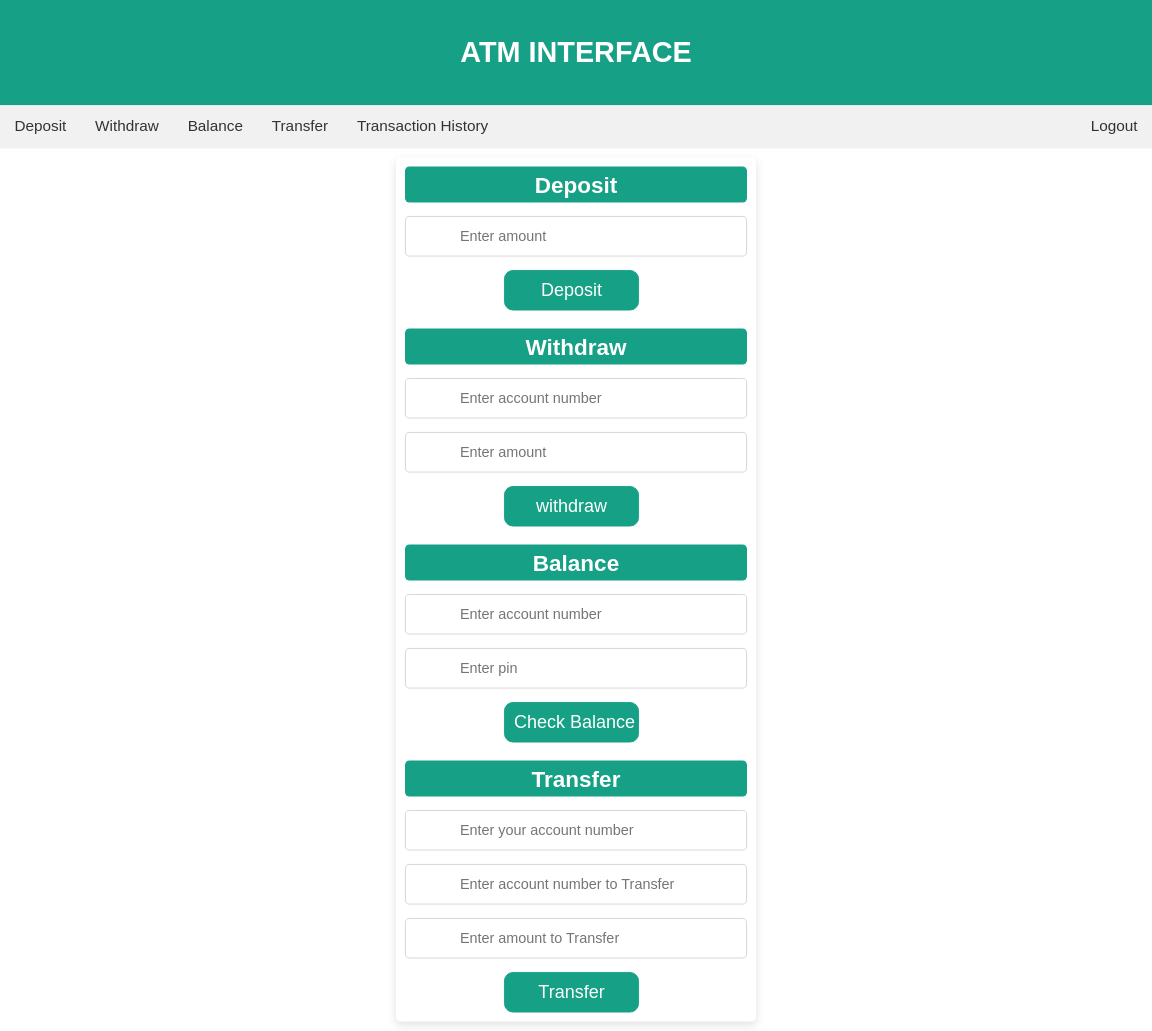
Repository: MounishaMounika/OIBSIP_Java_Programming
Page: http://localhost/ATM_Interface/homepage.jsp
These files come from the project's save history. The page is drawn as it stood at one moment and after the next save; the edit follows.
The browser window is 1280 px wide. The pictures show the whole page, at 90% of full size.
The page is served by Tomcat 9. Other server files are loaded and not shown.

Above is the page before, as saved 2023-06-06 09:45:06.

### Task3_ATM_Interface/ATM_Interface/src/main/webapp/homepage.jsp
<%@ page language="java" contentType="text/html; charset=ISO-8859-1"
    pageEncoding="ISO-8859-1"%>
<!DOCTYPE html>
<html lang="en">
  <head>
    <meta charset="UTF-8" />
    <meta name="viewport" content="width=device-width, initial-scale=1.0" />
    <title>ATM INTERFACE</title>
    <link rel="stylesheet" type="text/css" href="homepage.css"/>
  </head>
  <body>
    <header>
      <h1>ATM INTERFACE</h1>
    </header>
    <nav>
      <a href="#deposit">Deposit</a>
      <a href="#withdraw">Withdraw</a>
      <a href="#balance">Balance</a>
      <a href="#transfer">Transfer</a>
      <a href="transactionHistory.jsp">Transaction History</a>
      <form id="logoutForm" action="Logout" method="post">
      <a href="index.jsp" class="logout">Logout</a>
      </form>
    </nav>
    <div>
     <% if (request.getAttribute("DepositMessage") != null) { %>
  <p style="color:black"><%= request.getAttribute("DepositMessage") %></p>
<% } %>

 <% if (request.getAttribute("WithdrawMessage") != null) { %>
  <p style="color:black"><%= request.getAttribute("WithdrawMessage") %></p>
<% } %>

     <% if (request.getAttribute("BalanceMessage") != null) { %>
  <p style="color:black"><%= request.getAttribute("BalanceMessage") %></p>
<% } %>

  <% if (request.getAttribute("TransferMessage") != null) { %>
  <p style="color:black"><%= request.getAttribute("TransferMessage") %></p>
<% } %>
    </div>
    <div class="container">
    <div class="wrapper">
    <div class="sections">

    <section id="deposit">
      <h2>Deposit</h2>
      <form action="Deposit" method="post">
      <!-- <div class="inputs">
      <input type="text" name="accountNumber" placeholder="Enter account number" required>
      </div>  -->

      <div class="inputs">
      <input type="text" name="depositAmount" placeholder="Enter amount" required>
       </div>
      <input type="submit" value="Deposit" class="submitButton" >
      </form>
    </section>
    </div>
    <div class="sections">

    <section id="withdraw">
      <h2>Withdraw</h2>
      <form action="Withdraw" method="post">
      <div class="inputs">
      <input type="text" name="accountNumber" placeholder="Enter account number" required>
      </div>
       <div class="inputs">
      <input type="text" name="withdrawAmount" placeholder="Enter amount" required>
      </div>
      <input type="submit" value="withdraw" class="submitButton" >
      </form>
    </section>
     </div>
   <div class="sections">
    <section id="balance">
      <h2>Balance</h2>
      <form action="Balance" method="post">
      <div class="inputs">
      <input type="text" name="accountNumber" placeholder="Enter account number" required>
      </div>
       <div class="inputs">
      <input type="password" name="balancepin" placeholder="Enter pin" required>
      </div>
      <input type="submit" value="Check Balance" class="submitButton" >
      </form>
    </section>
     </div>
    <div class="sections">
    <section id="transfer">
      <h2>Transfer</h2>
       <form action="Transfer" method="post">
       <div class="inputs">
      <input type="text" name="accountNumber" placeholder="Enter your account number" required>
      </div>
      <div class="inputs">
      <input type="text" name="transferAccount" placeholder="Enter account number to Transfer" required>
      </div>
       <div class="inputs">
      <input type="text" name="transferAmount" placeholder="Enter amount to Transfer" required>
      </div>
      <input type="submit" value="Transfer" class="submitButton" >
      </form>
    </section>
     </div>
     </div>
     </div>
  </body>
</html>

### Task3_ATM_Interface/ATM_Interface/src/main/webapp/homepage.css
@charset "ISO-8859-1";

 *{
  margin: 0;
  box-sizing: border-box;
  font-family: 'Poppins',sans-serif;
}

header {
        background-color: #16a085;
        color: #fff;
        padding: 40px;
        text-align: center;
}
nav {
        background-color: #f1f1f1;
        overflow: hidden;
}
nav a {
        float: left;
        display: block;
        color: #333;
        text-align: center;
        padding: 14px 16px;
        text-decoration: none;
        font-size: 17px;
}
nav a:hover {
        background-color: #16a085;
        color: #fff;
}
 .logout {
        float: right;
}
.container{
  max-width: 440px;
  padding: 0 20px;
  margin: 10px auto;
}
.wrapper{
  width: 100%;
  background: #fff;
  border-radius: 5px;
  box-shadow: 0px 4px 10px 1px rgba(0,0,0,0.1);
}
.sections{
	padding: 10px;
}

.sections h2{
	margin-bottom: 15px;
	height: 40px;
    background: #16a085;
    border-radius: 5px 5px 5px 5px;
    color: #fff;
    font-size: 25px;
    font-weight: 600;
    display: flex;
    align-items: center;
    justify-content: center;
}
.submitButton{
  color: #fff;
    font-size: 20px;
    font-weight: 500;
    padding: 10px;
    background: #16a085;
    border: 1px solid #16a085;
    cursor: pointer;
    border-radius: 10px;
    width: 150px;
    margin-left: 110px;
}
.inputs{
  height: 45px;
  margin-bottom: 15px;
  position: relative;
}
.inputs input
{
  height: 100%;
  width: 100%;
  outline: none;
  padding-left: 60px;
  border-radius: 5px;
  border: 1px solid lightgrey;
  font-size: 16px;
  transition: all 0.3s ease;
}

.inputs input:focus{
  border-color: #16a085;
  box-shadow: inset 0px 0px 2px 2px rgba(26,188,156,0.25);
}


.historyTable {
    border-collapse: collapse;
    margin: 0 auto;
}

.historyTable th,
.historyTable td {
    padding: 8px;
    text-align: left;
    border-bottom: 1px solid #ddd;
}

.historyTable th {
    background-color: #f2f2f2;
}

After the next save:
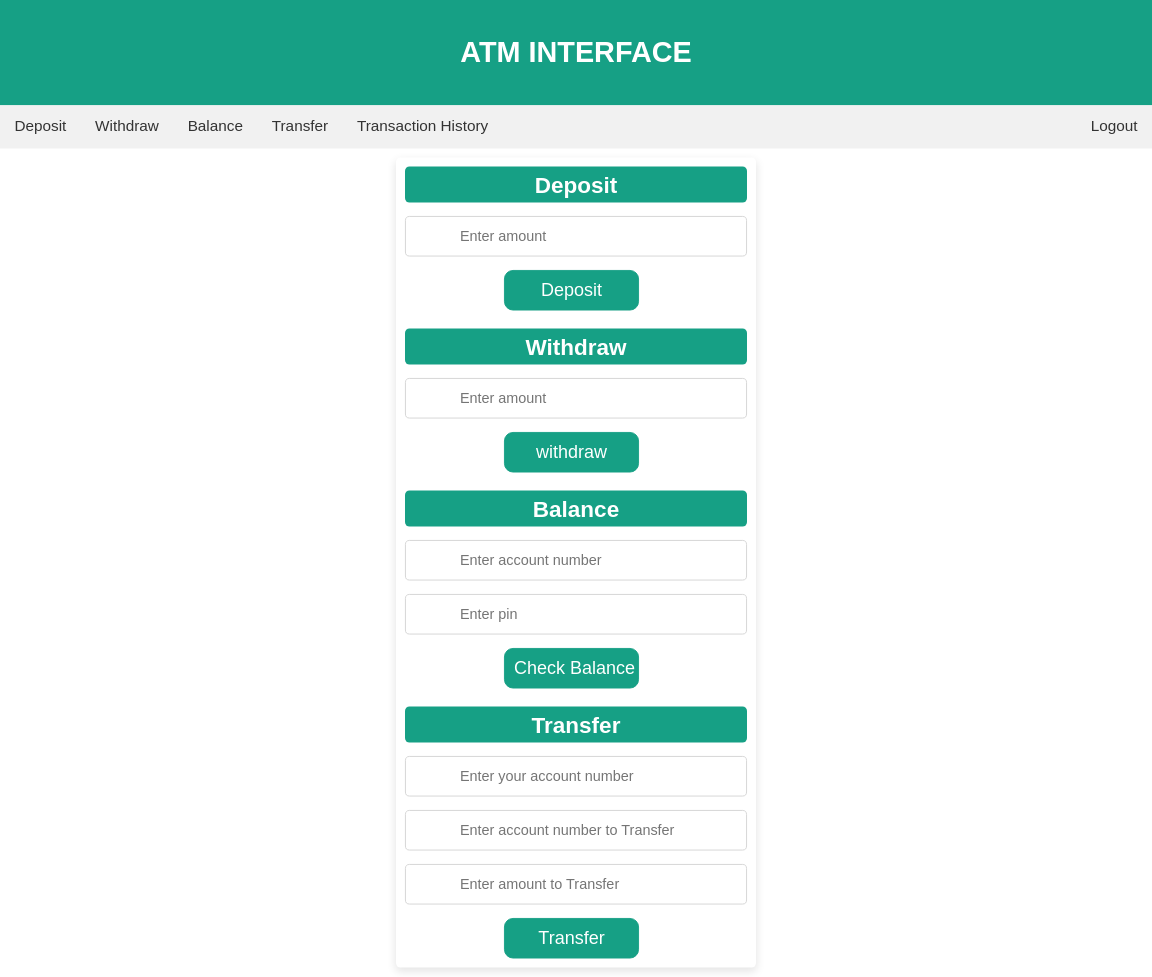
Saved 39 s later.
--- a/Task3_ATM_Interface/ATM_Interface/src/main/webapp/homepage.jsp
+++ b/Task3_ATM_Interface/ATM_Interface/src/main/webapp/homepage.jsp
@@ -62,9 +62,10 @@
     <section id="withdraw">
       <h2>Withdraw</h2>
       <form action="Withdraw" method="post">
-      <div class="inputs">
+      <!--<div class="inputs">
       <input type="text" name="accountNumber" placeholder="Enter account number" required>
-      </div>
+      </div>  -->
+
        <div class="inputs">
       <input type="text" name="withdrawAmount" placeholder="Enter amount" required>
       </div>
